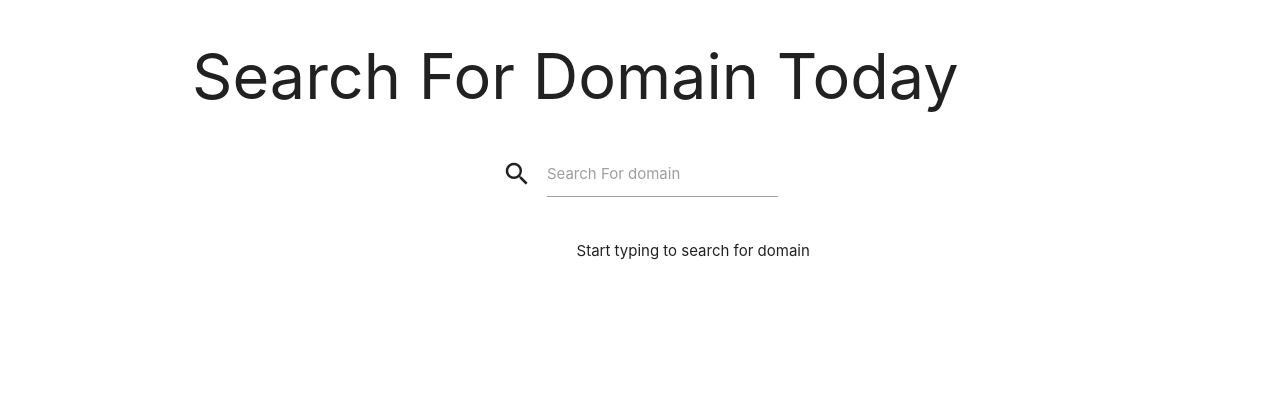
Repository: habib-urrehmaan/domain-name-searcher
Page: / (app in client/)
These files come from the project's save history. The page is drawn as it stood at one moment and after the next save; the edit follows.
The browser window is 1280 px wide. The pictures show the whole page.
The project was rebuilt for these pictures with package versions that can differ from the ones it lists, and the page was loaded fresh each time.

Above is the page before, as saved 2020-04-17 18:11:21.

### client/public/index.html
<!DOCTYPE html>
<html lang="en">
  <head>
    <meta charset="utf-8" />
    <link rel="icon" href="%PUBLIC_URL%/favicon.ico" />
    <meta name="viewport" content="width=device-width, initial-scale=1" />
    <meta name="theme-color" content="#000000" />
    <meta
      name="description"
      content="Web site created using create-react-app"
    />
    <link rel="apple-touch-icon" href="%PUBLIC_URL%/logo192.png" />
    <!--
      manifest.json provides metadata used when your web app is installed on a
      user's mobile device or desktop. See https://developers.google.com/web/fundamentals/web-app-manifest/
    -->
    <link rel="manifest" href="%PUBLIC_URL%/manifest.json" />
    <!--
      Notice the use of %PUBLIC_URL% in the tags above.
      It will be replaced with the URL of the `public` folder during the build.
      Only files inside the `public` folder can be referenced from the HTML.

      Unlike "/favicon.ico" or "favicon.ico", "%PUBLIC_URL%/favicon.ico" will
      work correctly both with client-side routing and a non-root public URL.
      Learn how to configure a non-root public URL by running `npm run build`.
    -->
    <link rel="stylesheet" href="https://cdnjs.cloudflare.com/ajax/libs/materialize/1.0.0/css/materialize.min.css">
    <link href="https://fonts.googleapis.com/icon?family=Material+Icons" rel="stylesheet">
     <!-- Compiled and minified JavaScript -->
     <script src="https://cdnjs.cloudflare.com/ajax/libs/materialize/1.0.0/js/materialize.min.js"></script>
    <title>React App</title>
  </head>
  <body>
    <noscript>You need to enable JavaScript to run this app.</noscript>
    <div id="root"></div>
    <!--
      This HTML file is a template.
      If you open it directly in the browser, you will see an empty page.

      You can add webfonts, meta tags, or analytics to this file.
      The build step will place the bundled scripts into the <body> tag.

      To begin the development, run `npm start` or `yarn start`.
      To create a production bundle, use `npm run build` or `yarn build`.
    -->
  </body>
</html>

### client/src/index.js
import React from 'react';
import ReactDOM from 'react-dom';
import './index.css';
import App from './App';

ReactDOM.render(
  <React.StrictMode>
    <App />
  </React.StrictMode>,
  document.getElementById('root')
);

// If you want your app to work offline and load faster, you can change
// unregister() to register() below. Note this comes with some pitfalls.
// Learn more about service workers: https://bit.ly/CRA-PWA
// serviceWorker.unregister();

### client/src/App.js
import React from 'react';
import Search from './Search';
import Output from './Output';

class App extends React.Component {

  constructor(props)
  {
    super(props);
    this.state ={
      output:null
    }
  }


  setAppOutput = (outputData) =>
  {
    console.log("setting output value")

    this.setState({
      output:outputData
    })
  }

  render()
  {
    return (
      <>
      <div className="App container">
        <Search setOutput={this.setAppOutput}/>
        <Output data={this.state.output}/>
      </div>
      </>
    );
  }
}

export default App;

### client/src/Search.js
import React, { Component } from 'react'
import axios from 'axios'

class Search extends Component {

    constructor(props)
    {
        super(props);
        console.log(props)
    }

    onChangeHandler = (e) =>
    {
        axios({
            'method': 'GET',
            'url': `http://localhost:5000/domain/search?domain=${e.target.value}`,
            'ContentType':'application/json'
        }).then((response)=>{

            var obj = JSON.parse(response.data.data);
            this.props.setOutput(obj);
        }).catch(error=>{
            console.log(error);
        });
    }

    render() {
        return (
            <div>
                <h1>Search For Domain Today</h1>
                <div className="row">
                    <div className="input-field col offset-s4 s4">
                        <i className="material-icons prefix">search</i>
                        <input id="search" type="text" className="validate" onChange={this.onChangeHandler}/>
                        <label htmlFor="search">Search For domain</label>
                    </div>
                </div>
            </div>
        )
    }
}

export default Search;

### client/src/Output.js
import React from 'react'

export default function Output(props) {

    let {data} = props;
    console.log("output data",data);
    return (
        <div className="row">
        {(data)?(<div className="col offset-s5">{(data.available)?(<div><span>Congratulations! This domain is available</span><br/>
            <span><b>Price:</b>{data.price}{data.currency}</span></div>):(data.code)?(<div>{data.message}</div>):(<span>Sorry this domain is not Available</span>)}</div>)
            :(<div className="col offset-s5">Start typing to search for domain</div>)}


        </div>
    )
}

Loaded but not shown: client/src/index.css (common file)

After the next save:
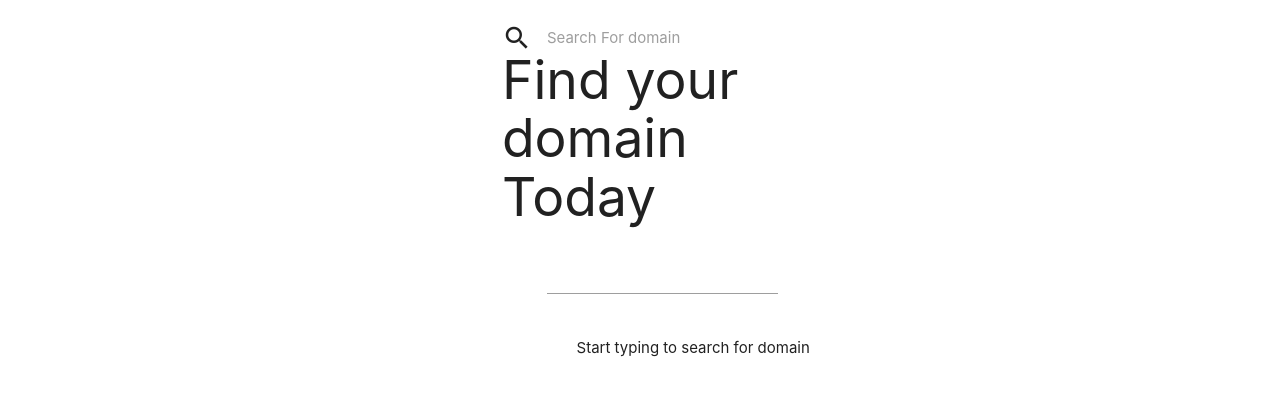
Saved 35 s later.
--- a/client/src/Search.js
+++ b/client/src/Search.js
@@ -27,9 +27,9 @@ class Search extends Component {
     render() {
         return (
             <div>
-                <h1>Search For Domain Today</h1>
                 <div className="row">
                     <div className="input-field col offset-s4 s4">
+                        <h2>Find your domain Today</h2>
                         <i className="material-icons prefix">search</i>
                         <input id="search" type="text" className="validate" onChange={this.onChangeHandler}/>
                         <label htmlFor="search">Search For domain</label>
